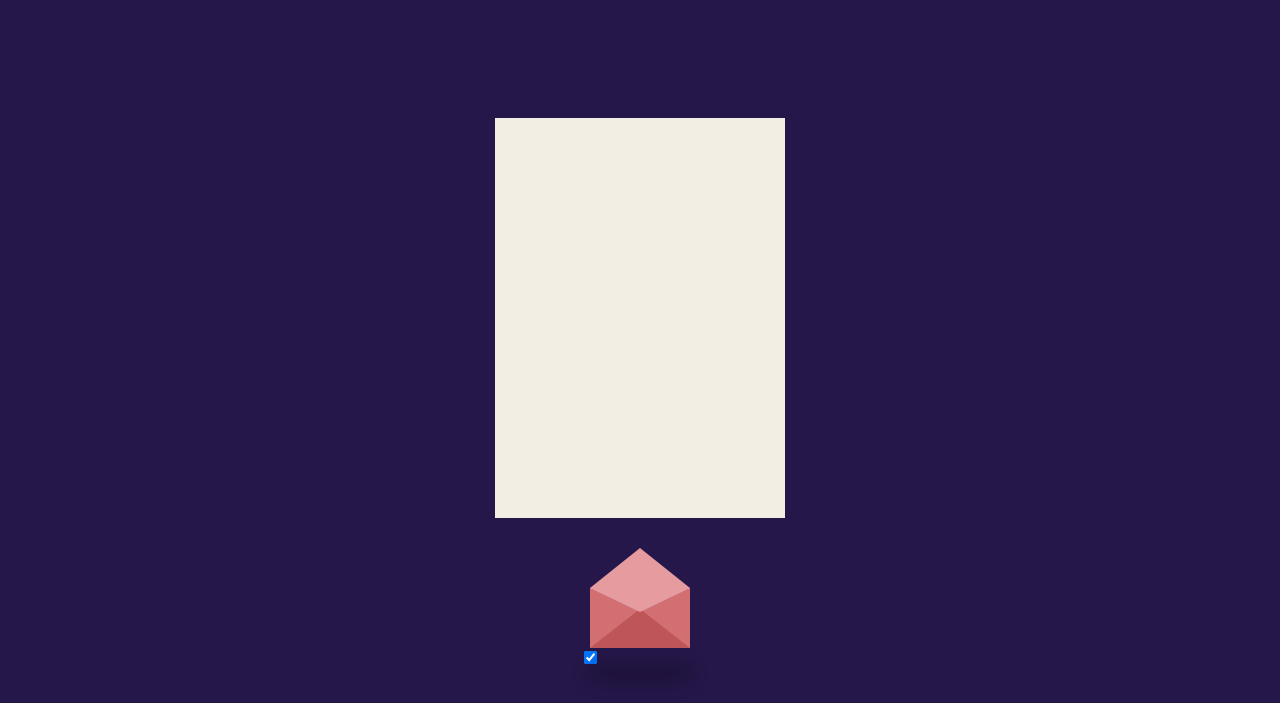
Repository: Dangtrinh28/letter
Page: index.html
An editor plug-in stored every save of this project. The page is shown before and after the next save, followed by the edit.
The browser window is 1280 px wide. The pictures show the whole page.
The first `input` is checked.

Above is the page before, as saved 2022-12-16 00:04:14.

After the next save:
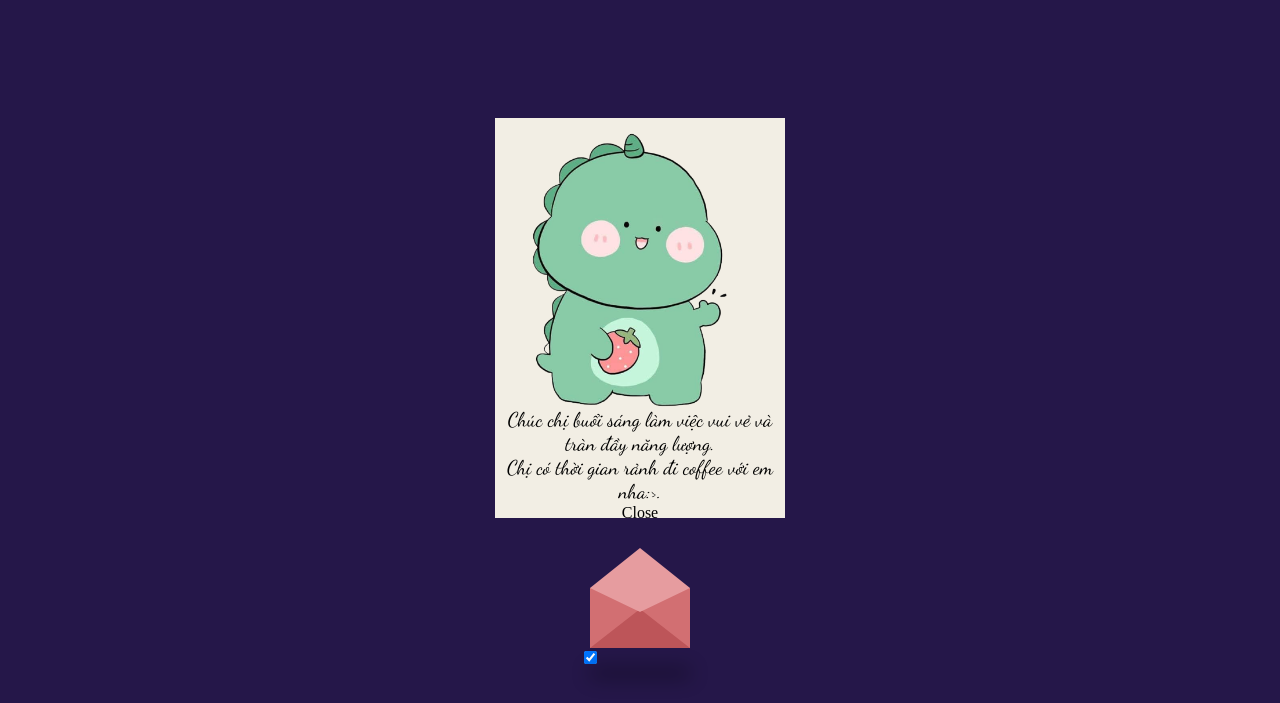
Saved 5 s later.
--- a/main.css
+++ b/main.css
@@ -114,7 +114,7 @@ input:checked ~ .content .desc,
 input:checked ~ .content label {
     display: block;
     opacity: 0;
-    animation: showContent 1s ease-in-out 1for;
+    animation: showContent 1s ease-in-out 1 forwards;
 }
 
 @keyframes showContent {
